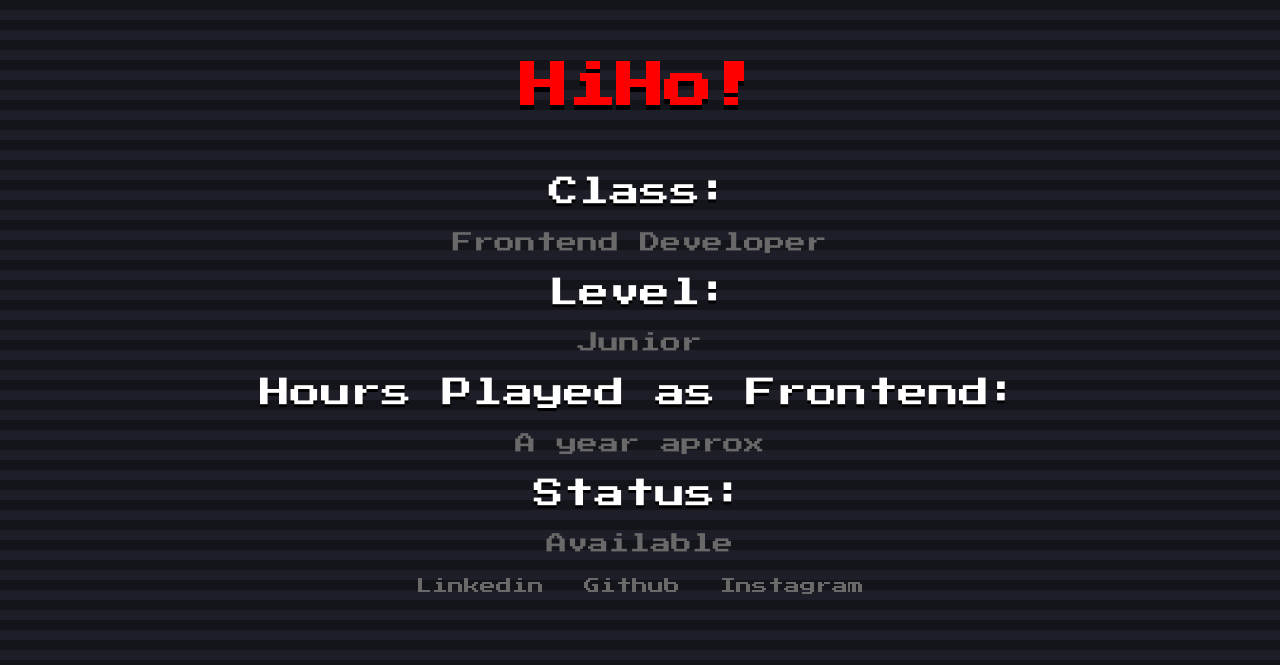
Repository: sernalab/soon
Page: index.html
An editor plug-in stored every save of this project. The page is shown before and after the next save, followed by the edit.
The browser window is 1280 px wide. The pictures show the whole page.

Above is the page before, as saved 2018-12-27 00:56:54.

After the next save:
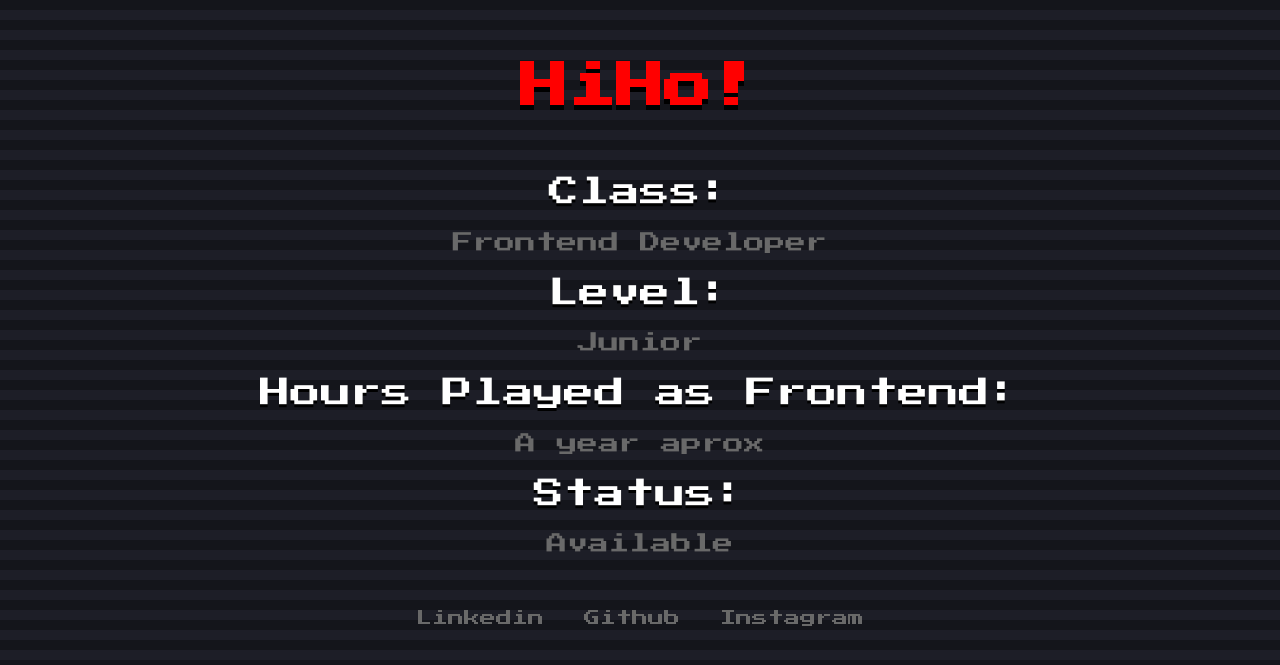
Saved 27 s later.
--- a/css/styles.css
+++ b/css/styles.css
@@ -452,6 +452,10 @@ p {
     color: dimgrey;
 }
 
+footer {
+    margin-top: 2em;
+}
+
 ul {
     margin: 0;
     padding: 0;
